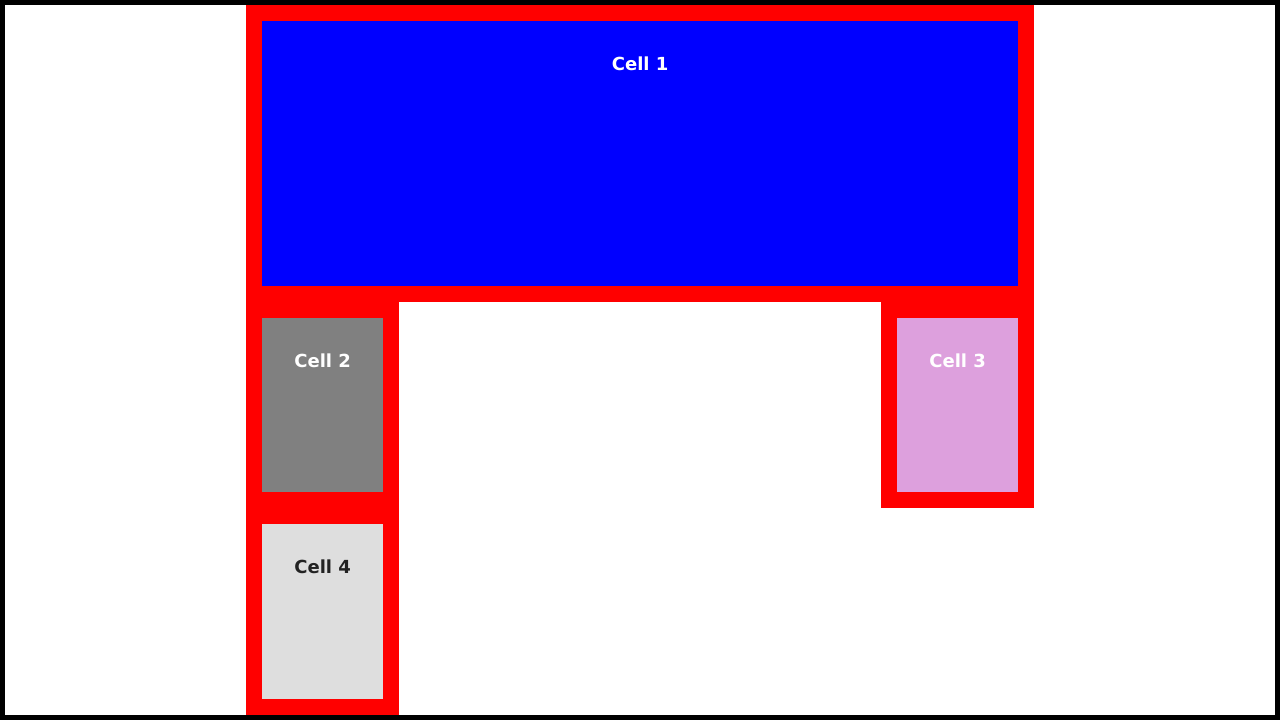
Repository: Ndifoinhilary/css_grid
Page: css-grid-learn/index.html
These files come from the project's save history. The page is drawn as it stood at one moment and after the next save; the edit follows.
The browser window is 1280 px wide. The pictures show the whole page.

Above is the page before, as saved 2024-01-27 05:28:22.

### css-grid-learn/index.html
<!DOCTYPE html>
<html lang="en">
<head>
    <meta charset="UTF-8">
    <meta name="viewport" content="width=device-width, initial-scale=1.0">
    <title>Css grid</title>
    <link rel="stylesheet" href="/css-grid-learn/main.css">
</head>
<body>
    <div class="container">
        <div class="cell class-1  ">cell 1</div>
        <div class="cell class-2">cell 2</div>
        <div class="cell class-3">cell 3</div>
        <div class="cell class-4">cell 4</div>
    </div>
</body>
</html>

### css-grid-learn/main.css
*{
    margin: 0;
    padding: 0;
    box-sizing: border-box;
}

body{
    font-family: Verdana, Geneva, Tahoma, sans-serif;
    color: #222;
}

.container{
    border: 5px solid black;
}

.cell{
    background: #dedede;
    text-transform: capitalize;
    text-align: center;
    font-weight: bold;
    padding: 2rem;
    font-size: large;
    border:1rem solid red;
}

.container{
    height: 100vh;
    display: grid;
   justify-content: space-around;
}


.class-1{
    color: white;
    background: blue;
   grid-row: 1/3;
   grid-column: 1/3;
}
.class-2{
    color: white;
    background:gray;
}
.class-3{
    color: white;
    background:plum;
}

After the next save:
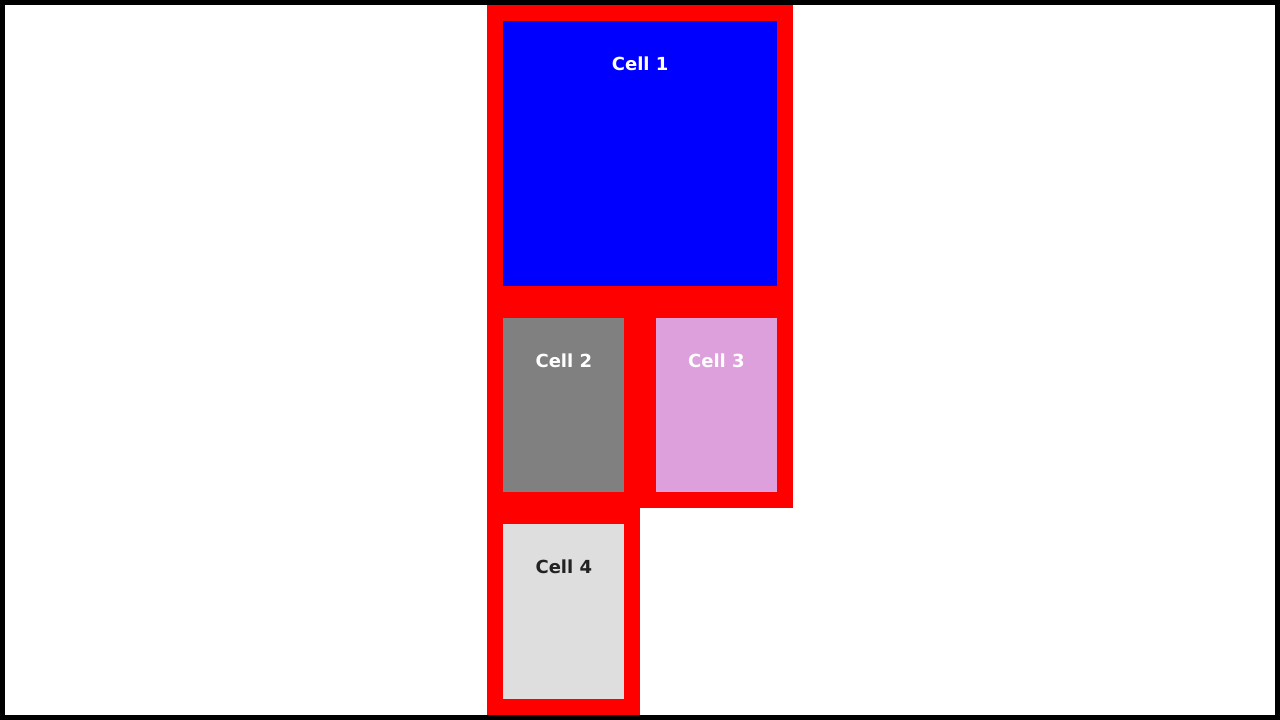
Saved 8 s later.
--- a/css-grid-learn/main.css
+++ b/css-grid-learn/main.css
@@ -26,7 +26,7 @@ body{
 .container{
     height: 100vh;
     display: grid;
-   justify-content: space-around;
+   justify-content: center;
 }
 
 
